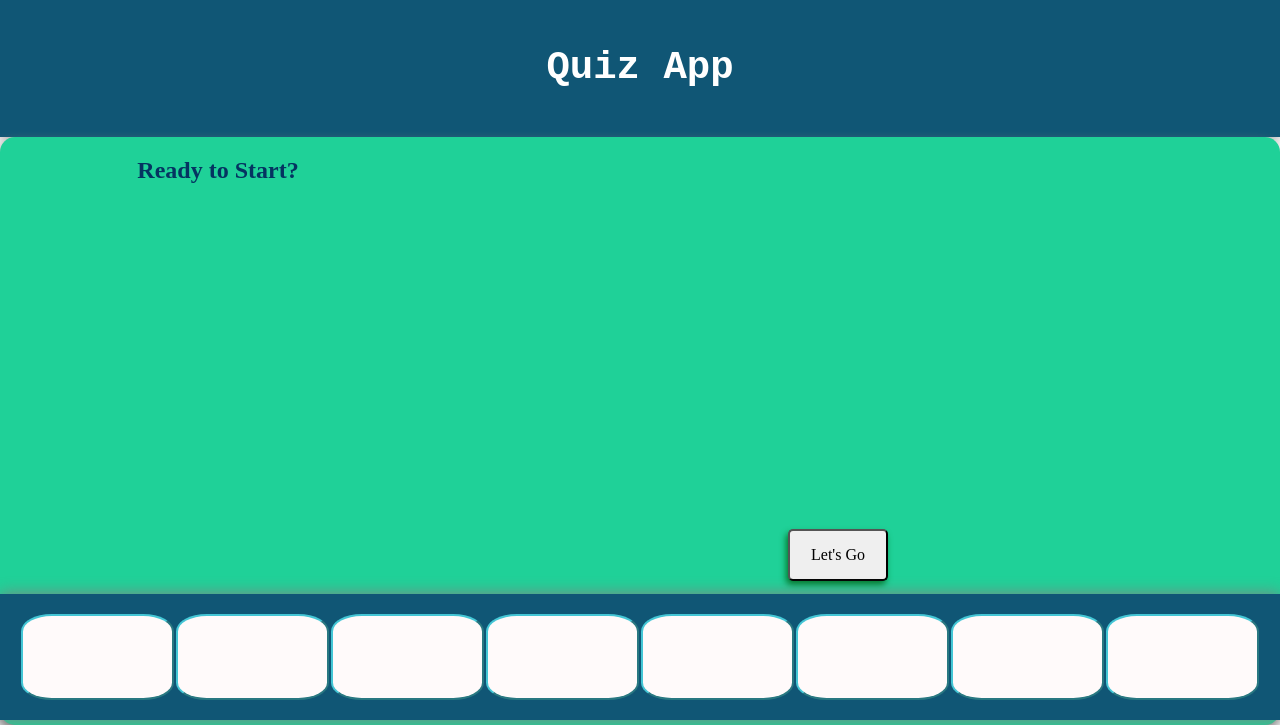
Repository: tpic12/quiz_app
Page: index.html
These files come from the project's save history. The page is drawn as it stood at one moment and after the next save; the edit follows.
The browser window is 1280 px wide. The pictures show the whole page.

Above is the page before, as saved 2019-12-28 15:51:23.

### index.html
<!DOCTYPE html>
<html lang="en">

<head>
  <meta charset="UTF-8">
  <meta name="viewport" content="width=device-width, initial-scale=1.0">
  <meta http-equiv="X-UA-Compatible" content="ie=edge">
  <title>Quiz App</title>
  <link href="https://cdnjs.cloudflare.com/ajax/libs/normalize/8.0.1/normalize.min.css" rel="stylesheet"
    type="text/css" />
  <link href="app.css" rel="stylesheet" type="text/css" />
</head>

<body>
  <header>
    <section class='banner'>
      <h1>Quiz App</h1>
    </section>
  </header>
  <main class='display'>

  </main>
  <footer>
    <section class='counts'>
        <div class='count 0'></div>
        <div class='count 1'></div>
        <div class='count 2'></div>
        <div class='count 3'></div>
        <div class='count 4'></div>
        <div class='count 5'></div>
        <div class='count 6'></div>
        <div class='count 7'></div>
    </section>
  </footer>
  <script src="https://code.jquery.com/jquery-3.4.1.slim.js" crossorigin="anonymous"></script>
  <script src="app.js"></script>
</body>

</html>

### app.css
/* Your styles should be mobile-first and responsive */

/**
  * If you are unclear on how to utilize a mobile-first, responsive technique to write your CSS, here is an example:
  *
  * https://github.com/andreacardybailey/responsive_example/blob/master/styles/responsive-base.css
  *
*/
* {
  box-sizing: border-box;
  margin: 0 auto;
}

.banner h1 {
  font-family: monospace;
  font-size: 3em;
}

.banner,
footer {
  color: white;
  font-family: monospace;
  padding: 20px;
  width: 100%;
  text-align: center;
  background-color: hsl(198, 76%, 26%);
  box-shadow: 0px 0px 15px grey;
  border-bottom: none;
  left: 0;
}

.main_card {
  display: flex;
  min-width: 40vw;
  min-height: 40vh;
  text-align: center;
  justify-content: center;
  align-content: space-around;
  background-color: hsl(161, 74%, 47%);
  border-radius: 15px;
  padding: 20px;
  border: none;
  box-shadow: -2px 6px 12px grey;
}

button {
  margin: 30%;
  margin-bottom: 10%;
  background: linear-gradient(80deg, hsl(210, 100%, 80%),hsl(210, 100%, 70%),hsl(210, 100%, 60%),hsl(210, 100%, 50%) )
  border: none;
  max-width: 130px;
  min-width: 100px;
  border-radius: 5px;
  padding: 15px;
  box-shadow: -2px 4px 6px hsl(142, 98%, 24%);
}

.main_card > form#qForm {
  display: flex;
  flex-flow: column wrap;
  justify-content: center;
  text-align: center;
  margin: 0 auto;
  width: 60vw;
}

.main_card > h2 {
  justify-self: center;
  font-weight: bolder;
  color: hsl(210, 90%, 20%);
}

#qForm > div {
  margin-left: 5vw;
  margin-right: auto;
}

footer {
  position: fixed;
  bottom: 0;
  left: 0;
  max-height: 20vh;
}

.counts {
  display: flex;
  justify-content: space-evenly;
}

.count {
  border: 2px outset hsl(186, 63%, 55%);
  font-family: 'Gill Sans', 'Gill Sans MT', Calibri, 'Trebuchet MS', sans-serif;
  border-radius: 20%;
  flex-direction: row;
  width: 12vw;
  height: 12vh;
  background-color: hsl(0, 100%, 99%);
  padding: 15px;
  -webkit-border-radius: 20%;
  -moz-border-radius: 20%;
  -ms-border-radius: 20%;
  -o-border-radius: 20%;
}

h1 {
  font-family: sans-serif;
}

.green {
  background-color: green !important;
}

.red {
  background-color: red !important;
}

#snackbar > p {
  visibility: hidden;
  min-width: 15vw;

  color: #fff;
  text-align: center;
  align-content: flex-start;
  padding: 5px;
  position: absolute;
  z-index: 1;
  left: ;
  top: -30px;
}

#snackbar.show {
  visibility: visible;
  /-webkit-animation: fadein 0.5s, fadeout 0.5s 2.5s;
  animation: fadein 0.5s, fadeout 0.5s 2.5s;
}

@media screen and (max-width: 450px) {
  .main_card {
    flex-flow: row wrap;
    max-width: 90vw;
  }

  #qForm {
    font-size: 0.8em;
    padding: 5px !important;
    margin: 5px;
    flex-flow: column wrap !important;
  }
  #qForm > div {
    margin-left: 15px;
    margin-right: auto;
  }
  #qForm > input {
    display: inline-block !important;
  }

  #qForm > label {
    display: inline-block !important;
  }
  footer {
    height: 40vh;
    overflow: scroll;
  }
  .counts {
    flex-direction: column;
  }

  .count {
    width: 100%;
    margin: 5px;
    height: 20px;
    border: 1px solid aquamarine;
    border-radius: 0;
    -webkit-border-radius: 0;
    -moz-border-radius: 0;
    -ms-border-radius: 0;
    -o-border-radius: 0;
  }
}

### app.js
/**
 * Example store structure
 */
'use strict';

const STORE = {
  // 5 or more questions are required
  questions: [
    {
      question: 'How many items in a bakers dozen??',
      answers: ['11', '12', '13', '3'],
      correctAnswer: '13'
    },
    {
      question: 'What month is Oktoberfest held?',
      answers: ['September', 'October', 'Every Month', 'August'],
      correctAnswer: 'September'
    },
    {
      question: 'What color is an Orange Blossom?',
      answers: ['Red', 'Orange', 'Pink', 'White'],
      correctAnswer: 'White'
    },
    {
      question: 'Where did the Panama Hat originate?',
      answers: ['Ecuador', 'Panama', 'China', 'Cuba'],
      correctAnswer: 'Ecuador'
    },
    {
      question: 'What are toy marbles made from?',
      answers: ['Plastic', 'Quartz', 'Diamond', 'Glass'],
      correctAnswer: 'Glass'
    },
    {
      question: 'How many gallons are in a ten-gallon hat?',
      answers: [
        'Half a Gallon',
        'Ten-Gallons',
        'Three-Fourths of a Gallon',
        'Give-Gallon'
      ],
      correctAnswer: 'Three-Fourths of a Gallon'
    },
    {
      question: 'What is the biggest animal to ever live?',
      answers: ['Mammoth', 'T-Rex', 'Blue Whale', 'Brontosaurus'],
      correctAnswer: 'Blue Whale'
    },
    {
      question: 'Where is the red-bellied woodpecker predominately red?',
      answers: ['Head', 'Wings', 'Feet', 'Belly'],
      correctAnswer: 'Head'
    }
  ],
  questionNumber: 0,
  score: 0,
  quizStart: false
};

/**
 *
 * Your app should include a render() function, that regenerates
 * the view each time the store is updated. See your course
 * material, consult your instructor, and reference the slides
 * for more details.
 *
 * NO additional HTML elements should be added to the index.html file.
 *
 * You may add attributes (classes, ids, etc) to the existing HTML elements, or link stylesheets or additional scripts if necessary
 *
 */

/**
 * This function renders the quiz after you start, ...
 * answer a question, or restart the quiz
 */
function renderStartQuiz() {
  const mainCard = `<section class="main_card">
      <h2>Ready to Start?</h2>
      <button type='submit' id='start_quiz'>Let's Go</button>
    </section>`;

  $('.display').html(mainCard);

  $('.display').on('click', '#start_quiz', function(event) {
    event.preventDefault();
    STORE.quizStart = true;
    $('.main_card')
      .children()
      .remove();
    handleQuiz();
  });
}
/**
 * renders question one at a time depending on question number
 */
function renderQuestion() {
  if (
    STORE.questionNumber === STORE.questions.length &&
    STORE.questionNumber > 1
  ) {
    renderResults();
  } else {
    const qCard = `<h2>${STORE.questions[STORE.questionNumber].question}</h2>
    <form id="qForm">
<div>
        <input type='radio' name='answer' id='q1' value="${
          STORE.questions[STORE.questionNumber].answers[0]
        }"/><label for='q1' id='0'>${
      STORE.questions[STORE.questionNumber].answers[0]
    }</label>
</div>
<div>
        <input type='radio' name='answer' id='q2' value="${
          STORE.questions[STORE.questionNumber].answers[1]
        }"/><label for='q2' id='1'>${
      STORE.questions[STORE.questionNumber].answers[1]
    }</label></div>

    <div>
        <input type='radio' name='answer' id='q3' value="${
          STORE.questions[STORE.questionNumber].answers[2]
        }"/><label for='q3' id='2'>${
      STORE.questions[STORE.questionNumber].answers[2]
    }</label>
</div><div>
        <input type='radio' name='answer' id='q4' value="${
          STORE.questions[STORE.questionNumber].answers[3]
        }"/><label for='q4' id='3'>${
      STORE.questions[STORE.questionNumber].answers[3]
    }</label></div><br>
    <form>
    <button type='submit' id='submit_answer'>Final Answer</button>`;

    $('.main_card').html(qCard);
    $('input:checked').on('su');
    $('.main_card').on('click', '#submit_answer', function(event) {
      event.preventDefault();
      checkAnswer();
      //original next question spot

      $('.main_card')
        .children()
        .remove();

      handleQuiz();
    });
  }
}
/**
 * renders results page

 */

function generateResults(finalScore, numberOfQuestions) {
  return `<h2>You scored ${finalScore} out of ${numberOfQuestions}!</h2><button id='restart'>Restart Quiz</button>`;
}

/* Render results element with button that restarts the quiz*/
function renderResults() {
  let score = STORE.score;
  let num = STORE.questionNumber;

  $('.main_card').html(generateResults(score, num));
  $('#restart').click(function(event) {
    event.preventDefault();
    console.log('Restarting Quiz');

    STORE.questionNumber = 0;
    STORE.score = 0;
    $('.count')
      .removeClass('snackbar')
      .removeClass('red')
      .removeClass('green')
      .removeClass('show')
      .text('');
    renderStartQuiz();
  });
}

/**
 * this function checks the correctnes of the answer
 */
function checkAnswer() {
  let form = document.getElementById('qForm');
  let ans = form['answer'];
  for (let i = 0; i < ans.length; i++) {
    //is a button checked
    if (ans[i].checked) {
      //compare value of ans[i] to correct answer
      if (
        ans[i].value === STORE.questions[STORE.questionNumber].correctAnswer
      ) {
        scoreKeeper(true);
      } else {
        scoreKeeper(false);
      }
    }
  }
}

function generateAnswerSnackbar(questionAnswer) {
  return `<div class=.${STORE.questionNumber}>
              <p>Sorry, the correct answer is ${questionAnswer}</p>
          </div>`;
}

function scoreKeeper(bool) {
  if (bool === true) {
    console.log('plus 1 point');
    STORE.score++;
    $(`.${STORE.questionNumber}`)
      .addClass('green')
      .addClass('snackbar')
      .html(`<p>Correct!</p>`);
    $('section.main_card');
    console.log('next q!');
    STORE.questionNumber++;
  }
  if (bool === false) {
    console.log('no points for you');
    $(`.${STORE.questionNumber}`)
      .addClass('red')
      .addClass('snackbar')
      .html(
        generateAnswerSnackbar(
          STORE.questions[STORE.questionNumber].correctAnswer
        )
      );
    console.log('next q!');
    STORE.questionNumber++;
  }
}

function handleQuiz() {
  if (STORE.quizStart === false) {
    renderStartQuiz();
  } else {
    renderQuestion();
  }
}

$(handleQuiz);

After the next save:
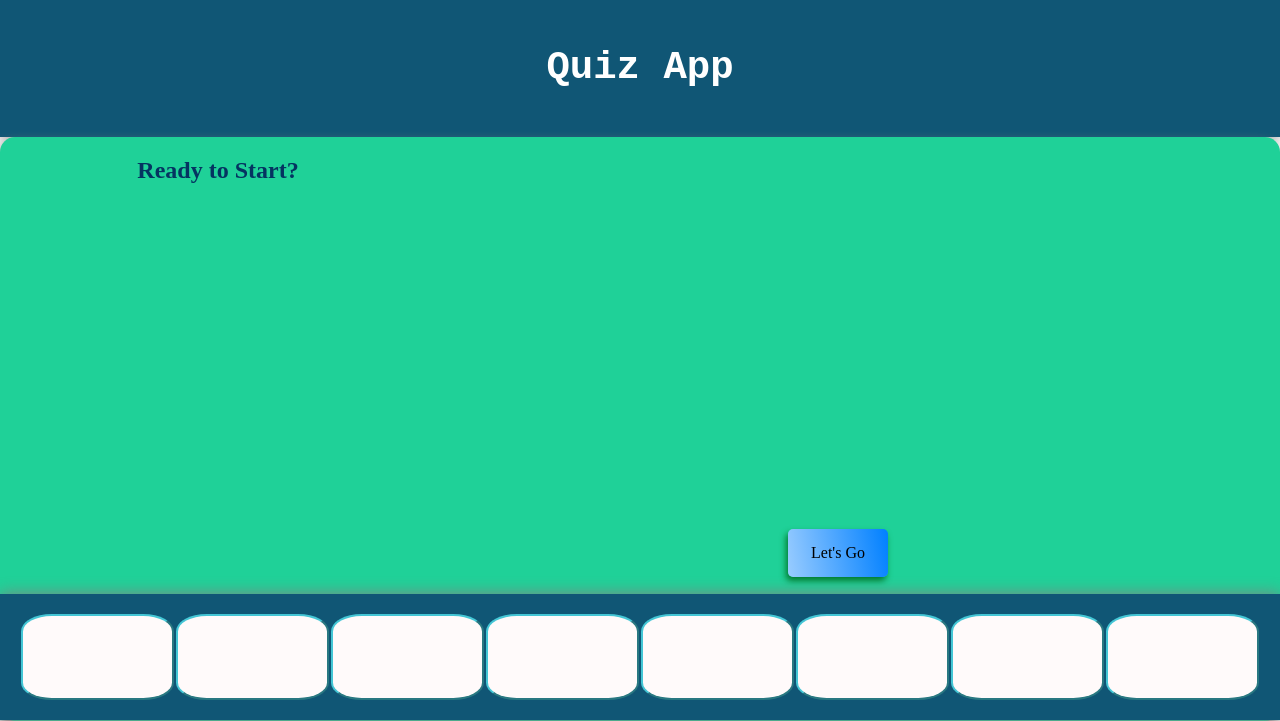
Saved 11 s later.
--- a/app.css
+++ b/app.css
@@ -46,7 +46,13 @@ footer {
 button {
   margin: 30%;
   margin-bottom: 10%;
-  background: linear-gradient(80deg, hsl(210, 100%, 80%),hsl(210, 100%, 70%),hsl(210, 100%, 60%),hsl(210, 100%, 50%) )
+  background: linear-gradient(
+    80deg,
+    hsl(210, 100%, 80%),
+    hsl(210, 100%, 70%),
+    hsl(210, 100%, 60%),
+    hsl(210, 100%, 50%)
+  );
   border: none;
   max-width: 130px;
   min-width: 100px;
